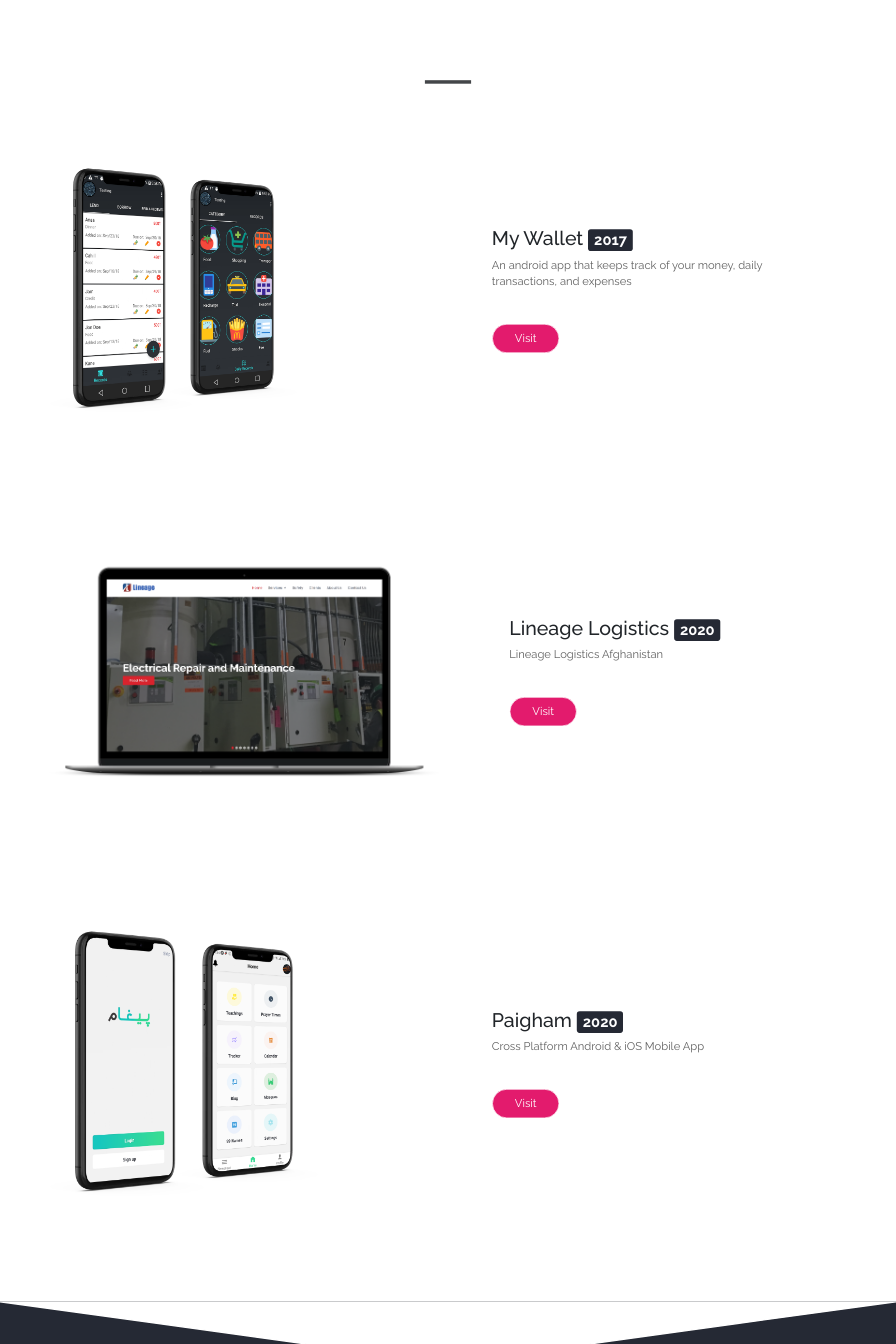
Repository: wasiqkhan/wasiqkhan.github.io
Page: index.html
An editor plug-in stored every save of this project. The page is shown before and after a run of saves, followed by the edit.
The browser window is 1280 px wide. The pictures show the part of the page from y = 2102 to 4022 px (the page is 5082 px tall), at 70% of full size.
Some web fonts or font styles are not loaded; a fallback is used.

Above is the page before, as saved 2020-12-03 01:50:55.
Not found: js/all.js
Not found: js/app.js
Not found: js/particles.js

### index.html
<!DOCTYPE html>
<html lang="en">
  <!-- Start of Async Drift Code -->
<script>
  "use strict";!function(){var r=window.driftt=window.drift=window.driftt||[];if(!r.init){if(r.invoked)return window.console&&console.error&&console.error("Drift snippet included twice.");r.invoked=!0,r.methods=["identify","config","track","reset","debug","show","ping","page","hide","off","on"],r.factory=function(e){return function(){var t=Array.prototype.slice.call(arguments);return t.unshift(e),r.push(t),r}},r.methods.forEach(function(t){r[t]=r.factory(t)}),r.load=function(t){var e=3e5*Math.ceil(new Date/3e5),r=document.createElement("script");r.type="text/javascript",r.async=!0,r.crossorigin="anonymous",r.src="https://js.driftt.com/include/"+e+"/"+t+".js";var n=document.getElementsByTagName("script")[0];n.parentNode.insertBefore(r,n)}}}(),drift.SNIPPET_VERSION="0.3.1",drift.load("8faar6gaz2cs");
  </script>
  <!-- End of Async Drift Code -->
  <head>
    <meta charset="UTF-8" />
    <meta name="viewport" content="width=device-width, initial-scale=1.0" />
    <meta http-equiv="X-UA-Compatible" content="ie=edge" />
    <meta content="Wasiq Ahmadzai Web and Mobile App Developer" name="descriptison" />
    <meta content="MERN Reactjs ReactNative Nodejs JavaScript" name="keywords" />
    <meta property="og:title" content="Mohammad Wasiq | Portfolio" />
    <meta
      property="og:description"
      content="Web and Mobile App Developer"
    />
    <meta
      property="og:image"
      content="./img/link.PNG"
    />
    <meta property="og:url" content="https://wasiqkhan.github.io/" />
    <meta name="twitter:card" content="summary_large_image">
    <meta name="twitter:site" content="https://wasiqkhan.github.io/">
    <meta name="twitter:title" content="Mohammad Wasiq | Web & Mobile App Developer" />
    <meta name="twitter:description" content="Mohammad Wasiq is a Web and Mobile App Developer with experience in MERN Stack React Native"/>
    <meta name="twitter:creator" content="Mohammad Wasiq">

    <meta
      name="twitter:image"
      content="https://github.com/wasiqkhan/wasiqkhan.github.io/blob/master/img/link.PNG"
    />

    <link href="https://fonts.googleapis.com/css?family=Raleway:400,500,600,700,800&display=swap" rel="stylesheet">
    <link href="https://fonts.googleapis.com/icon?family=Material+Icons" rel="stylesheet">
    <link
    href="./css/materialdesignicons.min.css"
    media="all"
    rel="stylesheet"
  />
    <link type="text/css" rel="stylesheet" href="./css/style.css" />
    <link type="text/css" rel="stylesheet" href="./css/bootstrap.min.css" />

    <link type="text/css" rel="stylesheet" href="./css/lightbox.css" />
    <link rel="stylesheet" href="./css/line-awesome.css">


    <link rel="shortcut icon" href="./icon.png">

    <link
      type="text/css"
      rel="stylesheet"
      media="screen and (max-width:768px)"
      href="./css/mobile.css"
    />
    <link
      type="text/css"
      rel="stylesheet"
      media="screen and (min-width:769px) and (max-width:992px)"
      href="./css/widescreen.css"
    />
    <link
      type="text/css"
      rel="stylesheet"
      media="screen and (min-width:993px) and (max-width:1199px)"
      href="./css/ipadpro.css"
    />

    <title>Mohammad Wasiq | Web & Mobile Developler</title>
  </head>

  <body id="home" >
      <!-- <div id="particles-js">

      </div> -->
    <!-- Navbar -->
    <nav class="navigation">
      <button
        type="button"
        data-toggle="collapse"
        data-target="#myNav"
        class="navbar-toggler hamburger-menu"
      >
        <div class="line1"></div>
        <div class="line2"></div>
        <div class="line3"></div>
      </button>
      <div class="bg-cover"></div>
      <div class="collapse nav-content" id="myNav">
        <div class="container-fluid">
          <div class="row">
            <div class="col-10 max-auto">
              <ul class="navbar-nav flex-lg-row flex-column nav-justified">
                <li class="nav-item">
                  <a class="nav-link m-3 link-item" href="#home">Home</a>
                </li>
                <li class="nav-item">
                  <a class="nav-link m-3 link-item" href="#about">About</a>
                </li>
                <li class="nav-item">
                  <a class="nav-link m-3 link-item" href="#service">Services</a>

                </li>
                <li class="nav-item">
                    <a class="nav-link m-3 link-item" href="#portfolio">Portfolio</a>
                  </li>

                <li class="nav-item">
                  <a class="nav-link m-3 link-item" href="#contact">Contact</a>
                </li>
              </ul>
            </div>
          </div>
        </div>
      </div>
    </nav>

    <header id="showcase">



      <div class="showcase-content">
          <h1 class="heading"><span style="color: #E31B6D">Wasiq Ahmadzai</span>.<br>Web & Mobile App Developer.</h1>

          <a href="#about" class="btnn">Read more</a>
        </div>
    </header>

    <section id="about" class="primary about">
        <h2 class="text-center m-heading">About Me</h2>
        <div class="line"></div>
      <div class="container new">
        <div class="card cardnew">

          <img src="./img/dev.PNG" class="card-img-top cut" style="margin: auto">
          <div class="card-body">
              <img src="./img/5a159554b6a61a2ba5ccdb57.PNG" class="my-img" />
              <div class="card-title">
                <h3 class="text-center">Wasiq Ahmadzai</h3>
              </div>
              <div class="card-subtitle text-center">
                <p style="color:#E31B6D"></span> Freelance <span style="color: #616161">|</span> Kabul, AFG</p>
              </div>
              <div class="links">
                  <a href="http://www.facebook.com/ahmadzai.khan.54" target="_blank"><i class="fab fa-facebook fa-2x"></i></a>
                  <a href="https://github.com/wasiqkhan" target="_blank"><i class="fab fa-github fa-2x"></i></a>

                  <a href="https://www.linkedin.com/in/mohammad-wasiq-ahmadzai-5439371b0/" target="_blank"><i class="fab fa-linkedin fa-2x"></i></a>
                </div>
          </div>
        </div>
        <div class="items">



          <div>

          <p class="info-p lead">Hi, I am a Web and Mobile App Developer with experience in MERN Stack (MongoDB, Expressjs, Reactjs, Nodejs), React Native, Firebase, MySQL. I have serious passion for amazing & responsive mobile and web apps.</p>

        </div>
        <h4 style="text-align:left">Fun Facts</h4>


         <div class="service-items flex-wrap" style="padding: 0 0">
            <div class="item fun-facts" style="margin-right: 10px ;background: #252934">
              <div>
                <i class="fas fa-coffee fa-2x mb-3" style="color:#E31B6D"></i>
                <h6 class="text-center" style="color: white">100+ Cups of Coffee</h6>

              </div>
            </div>

            <div class="item fun-facts" style="margin-right: 10px ;background: #252934">
              <div>
                  <i class="fas fa-book fa-2x mb-3" style="color:#E31B6D"></i>
                <h6 class="text-center" style="color: white">10+ Books</h6>

              </div>

            </div>

            <div class="item fun-facts" style="margin-right: 10px ;background: #252934">
              <div>
                  <i class="fas fa-bicycle fa-2x mb-3" style="color:#E31B6D"></i>
                <h6 class="text-center" style="color: white">1200km Cycled</h6>

              </div>

            </div>
            <div class="item fun-facts" style="margin-right: 10px;background: #252934">
                <div>
                    <i class="fas fa-award fa-2x mb-3" style="color:#E31B6D"></i>
                  <h6 class="text-center" style="color: white">10 Awards Won</h6>

                </div>

              </div>

          </div>



<div>
          <a href="#contact" class="hire-me">Hire Me</a>
        </div>

      </div>


          </div>

    </section>
    <section id="service" class="primary service">
      <div class="container">
        <h2 class="text-center m-heading">Services</h2>
        <div class="line"></div>

        <div class="service-items rotate fun-facts">
          <div class="item">
            <div>
              <i class="fas fa-desktop fa-6x textt mb-3"></i>
              <h3 class="text-center">Web Development</h3>
              <p class="text-center">
                Fully responsive full stack website development
              </p>
            </div>
          </div>

          <div class="item">
            <div>
                <i class="fas fa-mobile-alt fa-6x textt textt2 mb-3"></i>
              <h3 class="text-center">Mobile Apps</h3>
              <p class="text-center">
                Fast and Professional app development using latest technologies
              </p>
            </div>

          </div>

          <div class="item">
            <div>
                <i class="fas fa-rocket fa-6x  textt mb-3"></i>
              <h3 class="text-center">Launch</h3>
              <p class="text-center">
                Deployment and Maintainance

              </p>
            </div>

          </div>
        </div>
      </div>
    </section>
    <section id="portfolio" class="portfolio">
      <div class="container">
        <h2 class="text-center m-heading">Portfolio</h2>
        <div class="line"></div>

        <div class="portfolio-items row align-items-center h-100 text-center text-lg-left" style="margin-top: 120px;">
          <div class="col-lg-6 p-lg-0">
            <img src="./img/walletapp.png" height="350" >

          </div>
          <div class="col-lg-5 mx-auto py-3">
            <h3 class="h3">My Wallet
              <span class="badge badge-sm">2017</span>
            </h3>
            <p class="mb-3" style="color: #616161;">An android app that keeps track of your money, daily transactions, and expenses
            </p>
            <a href="https://bit.ly/3iEEP3P" class="visit" target="_blank">Visit</a>

          </div>

        </div>

        <div class="portfolio-items row align-items-center h-100 text-center text-lg-left " style="margin-top: 220px;">
          <div class="col-lg-6 p-lg-0" style="margin-right: 50px;">
            <img src="./img/lineageweb.png" height="300"  >

          </div>
          <div class="col-lg-5 mx-auto py-3">
            <h3 class="h3 bold">Lineage Logistics
              <span class="badge badge-sm">2020</span>
            </h3>
            <p class="mb-3" style="color: #616161;">
              Lineage Logistics Afghanistan
            </p>
            <a href="https://lineage.com.af/" class="visit" target="_blank">Visit</a>

          </div>

        </div>

        <div class="portfolio-items row align-items-center h-100 text-center text-lg-left" style="margin-top: 220px;">
          <div class="col-lg-6 p-lg-0">
            <img src="./img/paigham.png" height="380"  >

          </div>
          <div class="col-lg-5 mx-auto py-3">
            <h3 class="h3">Paigham
              <span class="badge badge-sm">2020</span>
            </h3>
            <p class="mb-3" style="color: #616161;">
              Cross Platform Android & iOS Mobile App
            </p>
            <a href="https://wasiqkhan.github.io/paigham.github.io/" class="visit" target="_blank">Visit</a>

          </div>

        </div>
      </div>
    </section>


    <section id="contact" class="contact">
      <svg preserveAspectRatio="none" viewBox="0 0 100 102" height="90" width="100%" version="1.1"
      xmlns="http://www.w3.org/2000/svg" class="svgcolor-light">

     <path d="M0 0 L50 100 L100 0 Z" fill="white" stroke="white"/>

    </svg>
      <div class="container-fluid">
        <h2 class="text-center m-heading" style="color: #fff">Contact</h2>
        <div class="line"></div>
        <div class="container">
          <h6 class="text-center py-5" style="color: #E31B6D">Have a question or want to make something special?</h6>


                <form
                class="waypoint"
                data-animation="pop-in"
                data-delay=".5s"
                id="contact-form"
              >
                <input placeholder="Name" type="text" name="name" required />
                <input
                  placeholder="Enter email"
                  type="email"
                  name="email"
                  required
                />
                <textarea
                  placeholder="Your Message"
                  type="text"
                  name="message"
                  required
                ></textarea>
                <div id="success">
                  <div>
                    Your message was sent successfully. Thanks!<span
                      id="close"
                      class="mdi mdi-close"
                    ></span>
                  </div>
                </div>
                <input class="button" type="submit" id="submit" value="SUBMIT" />
              </form>



        </div>
    </section>
    <footer id="footer">
      <div class="container">
        <div class="row">
          <div class="col text-center">
            <div class="mb-2">
              <a href="http://www.facebook.com/ahmadzai.khan.54" target="_blank" class="mx-sm-4 mx-2 social"
                ><i class="fab fa-facebook fa-2x"></i
              ></a>
              <a href="https://github.com/wasiqkhan" target="_blank" class="mx-sm-4 mx-2 social"
                ><i class="fab fa-github fa-2x"></i
              ></a>
              <a href="https://www.linkedin.com/in/mohammad-wasiq-ahmadzai-5439371b0/" target="_blank" class="mx-sm-4 mx-2 social"
                ><i class="fab fa-linkedin fa-2x"></i
              ></a>
             -->
            </div>

          </div>
        </div>
        <div class="container-fluid p-3">
            <div class="row">
              <div class="col mb-4">
                <ul class="nav justify-content-center footer-items">
                  <li class="nav-item">
                    <a href="#home" class="nav-link">Home</a>
                  </li>
                  <li class="nav-item">
                    <a href="#about" class="nav-link">About</a>
                  </li>
                  <li class="nav-item">
                    <a href="#service" class="nav-link">Services</a>
                  </li>
                  <li class="nav-item">
                      <a href="#portfolio" class="nav-link">Portfolio</a>
                    </li>

                  <li class="nav-item">
                    <a href="#contact" class="nav-link">Contact</a>
                  </li>

                </ul>
              </div>
            </div>
            <div class="row">
              <div class="col text-light text-center">
                <p>Wasiq Ahmadzai <span style="color: #E31B6D">&copy;2019</span></p>
              </div>
            </div>

      </div>
    </footer>
    <script src="./js/particles.js"></script>
    <script src="./js/app.js"></script>
    <script src="./js/jquery-3.4.1.min.js"></script>
    <script src="./js/popper.js"></script>
    <script src="./js/bootstrap.min.js"></script>
    <script src="./js/script.js"></script>
    <script src="./js/lightbox.js"></script>
    <script src="./js/all.js"></script>
  </body>
</html>

### css/mobile.css
@media (max-width: 500px) {
  #navbar {
    flex-direction: column;
    align-items: center;
  }
  .my-img {
    width: 40%;
    margin-left: 90px;
    margin-top: -100px;
  }
  .showcase-content h1 {
    font-size: 15pt;
  }
  #contact h6 {
    font-size: 9pt;
  }

  .info-p {
    margin-top: -150px;
  }

  .hire-me {
    margin-top: 40px;
  }
  .textt {
    margin-left: 70px;
  }
  .textt2 {
    margin-left: 95px;
  }
  .name {
    text-align: left;
    margin-top: 15px;
    margin-left: -30px;
  }
}

@media (min-width: 501px) and (max-width: 768px) {
  .my-img {
    margin-left: 240px;
  }
}

.info-p {
  margin-top: -100px;
}
.hire-me {
  margin-top: 30px;
}
.items {
  margin: 5rem 2rem;
  display: flex;
  flex-direction: column;
  align-items: center;
  justify-content: center;

  text-align: center;
  /* position: relative; */
  flex-wrap: wrap;
}

.items div {
  flex: 1;
}
.portfolio-items h3 {
  margin-top: 50px;
}

.portfolio-items img {
  width: 100%;
  height: auto;
  text-align: center;
  margin: auto;
}
#portfolio .portfolio-items .item {
  display: flex;
  text-align: left;
}
.service-items {
  display: block;
  padding: 1rem;
}
#service .service-items .item {
  display: flex;
  text-align: left;
}
.new {
  display: flex;
  flex-direction: column;
}

#navbar .l-heading {
  margin-bottom: 0.5rem;
  text-align: center;
}

#about .line,
#service .line,
#contact .line {
  width: 20%;
  background: #444649;
  height: 5px;
  margin: auto;
}

#contact .line {
  background: #fff;
}
#projects .line {
  width: 20%;
  background: #444649;
  height: 5px;
  margin-bottom: 50px;
  margin-top: -35px;
}
.contact-content {
  display: flex;
  flex-direction: column;
  justify-content: center;
  align-items: center;
  text-align: center;
  padding: 1rem;
}

.items p {
  text-align: justify;
}
section:nth-of-type(4) input[type="text"],
section:nth-of-type(4) input[type="email"],
section:nth-of-type(4) textarea {
  width: 100%;
}
section:nth-of-type(4) #success {
  width: 100%;
  margin: auto;
}

### css/widescreen.css
/* @media (min-width: 769px) and (max-width: 991px) { */
.new {
  display: flex;
  flex-direction: column;
}

.info-p {
  margin-top: -100px;
}
.hire-me {
  margin-top: 30px;
}
.items {
  margin: 5rem 2rem;
  display: flex;
  flex-direction: column;
  align-items: center;
  justify-content: center;

  text-align: center;
  /* position: relative; */
  flex-wrap: wrap;
}

.items div {
  flex: 1;
}
.my-img {
  margin-left: 240px;
}
/* } */

### css/ipadpro.css
.my-img {
  margin-left: 130px;
}

Loaded but not shown: css/materialdesignicons.min.css (library); css/bootstrap.min.css (library); css/lightbox.css (library); js/jquery-3.4.1.min.js (library); js/popper.js (library); js/bootstrap.min.js (library); js/lightbox.js (library); js/script.js (138 lines, source omitted); css/line-awesome.css (6582 lines, source omitted); css/style.css (537 lines, source omitted)

After the next 2 saves:
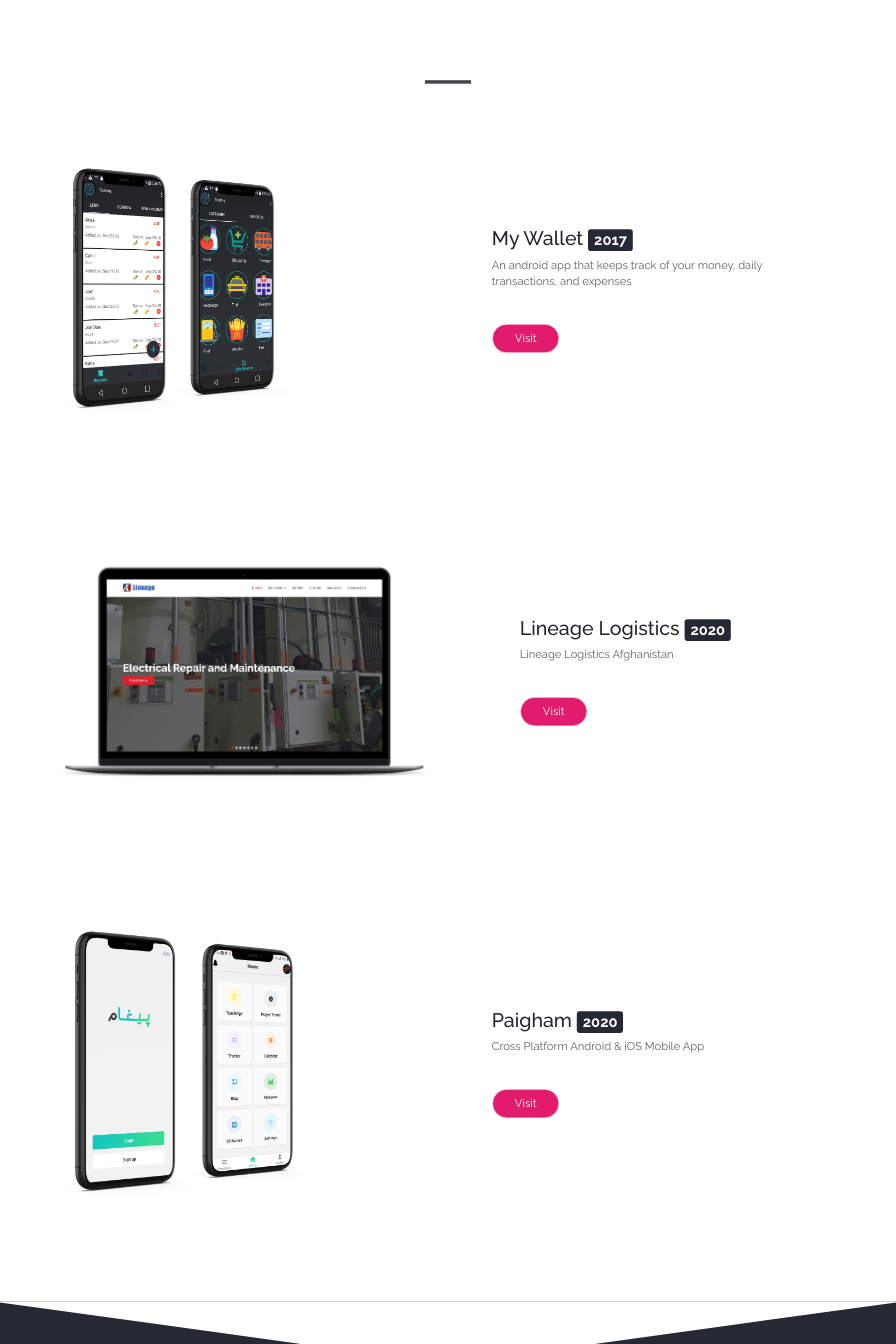
The 2 saves are shown as one change because they came seconds apart.
The last was saved 8 s later.
--- a/index.html
+++ b/index.html
@@ -275,7 +275,7 @@
         </div>
 
         <div class="portfolio-items row align-items-center h-100 text-center text-lg-left " style="margin-top: 220px;">
-          <div class="col-lg-6 p-lg-0" style="margin-right: 50px;">
+          <div class="col-lg-6 p-lg-0" style="margin-right: 80px;">
             <img src="./img/lineageweb.png" height="300"  >
 
           </div>
